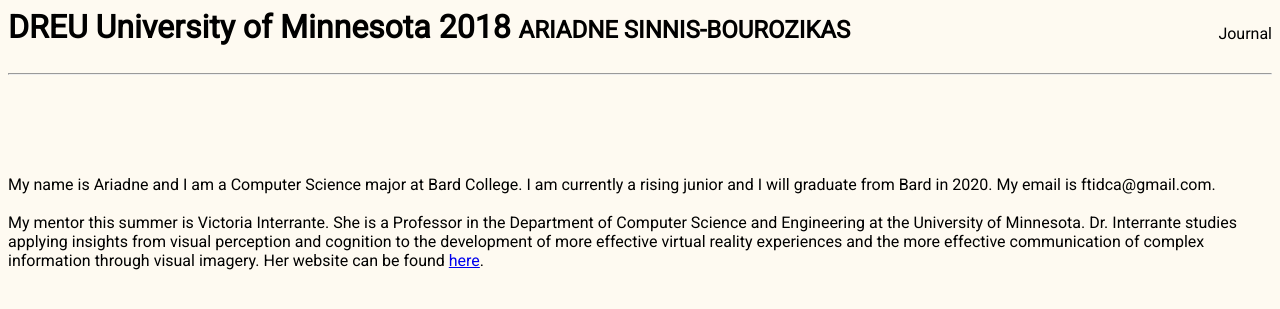
Repository: ariadnesb/dreu2018
Page: index.html
The author's editor kept a record of every edit. The page is drawn from the files as they stood at one moment, then again after the next edit.
The browser window is 1280 px wide. The pictures show the whole page.

Above is the page before.

After the next edit:
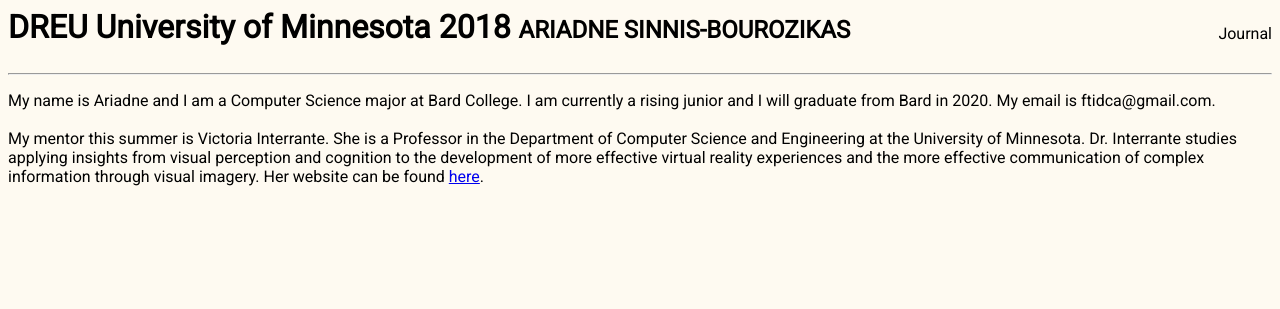
The edit:
--- a/index.html
+++ b/index.html
@@ -17,11 +17,6 @@
             </ul>
             <br><br><hr>
         </div>
-
-
-        <br><br>
-        <br><br>
-
 
         <div id= "paragraph">
              <p>
